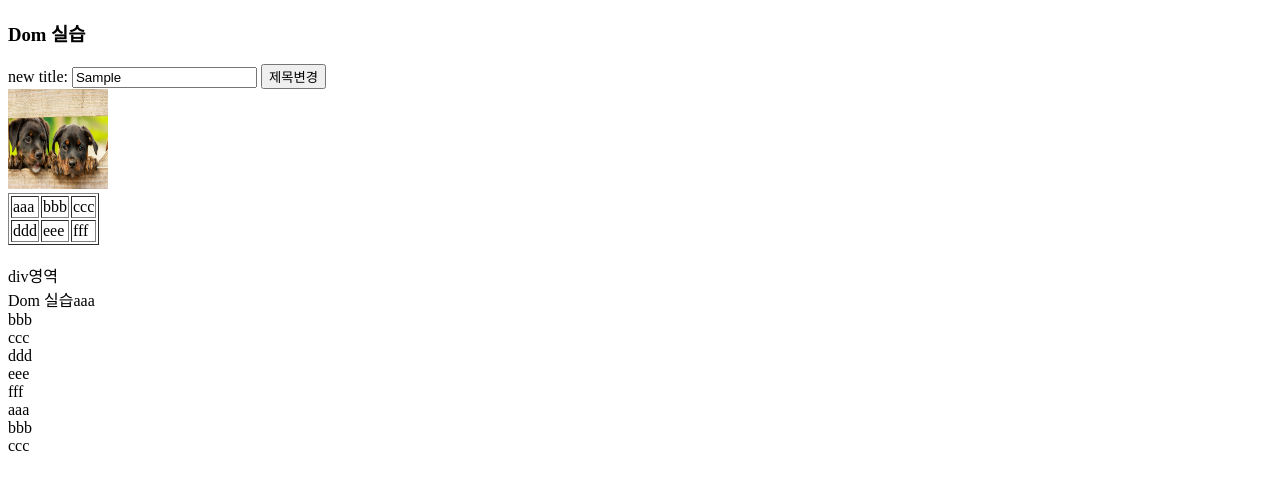
Repository: rmsudrmsud/SourceTree
Page: html/src/main/webapp/j3/getElement.html
An editor plug-in stored every save of this project. The page is shown before and after the next save, followed by the edit.
The browser window is 1280 px wide. The pictures show the whole page.
Empty fields were first filled with sample values (such as "Sample", 5 or name@example.com).
After loading, the first visible `input[onclick="a()"]` was clicked once.

Above is the page before, as saved 2022-11-23 00:44:37.
Console error: ReferenceError: a is not defined

After the next save:
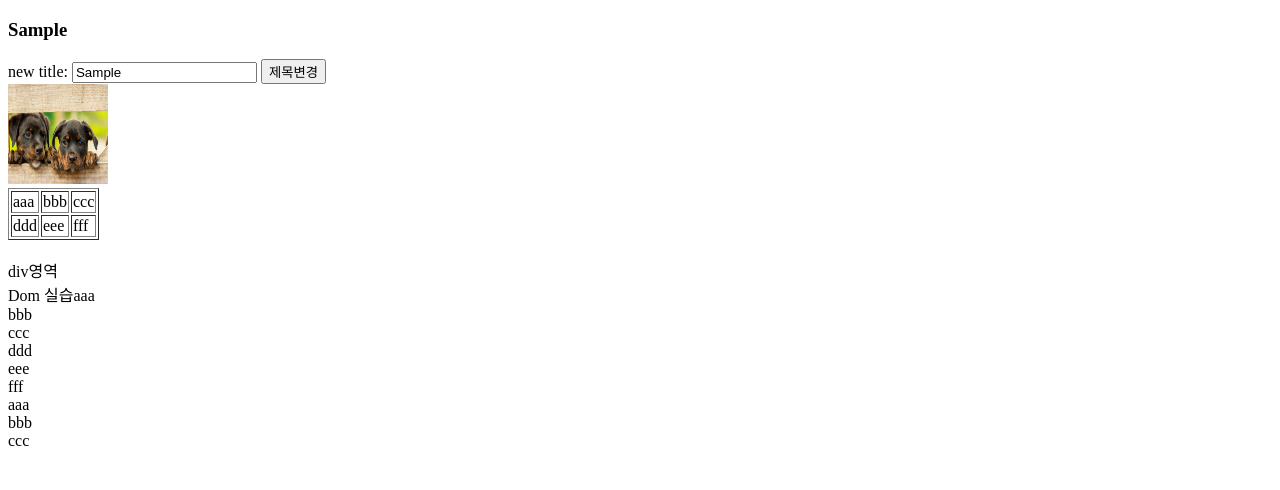
The error is gone.
Saved 4 min 3 s later.
--- a/html/src/main/webapp/j3/getElement.html
+++ b/html/src/main/webapp/j3/getElement.html
@@ -24,6 +24,12 @@
 		}
 		myDiv.innerHTML += txt2;
 	}
+const a = () => {
+	let titleEl = document.getElementById("title");
+	let newTitle = titleEl.value; // 텍스트박스에 입력한 값
+	let h3 = document.getElementsByTagName("h3")[0];
+	h3.innerHTML = newTitle;
+}
 </script>
 </head>
 <body>
